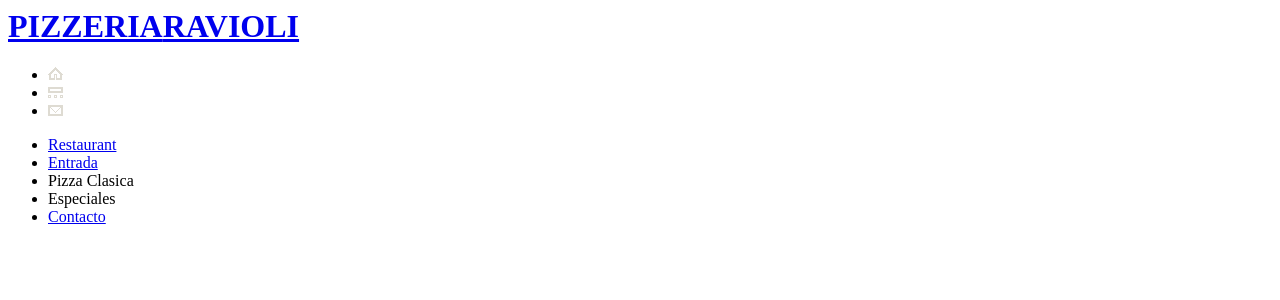
Repository: ProSoft-PDSI/sdsddo
Page: http://localhost/sdsr/Cabecera.jsp
The author's editor kept a copy of each file at every save. The page is drawn from the files as they stood at one save, then again after the next save.
The browser window is 1280 px wide. The pictures show the whole page.
The page is served by Tomcat 9.

Above is the page before, as saved 2014-07-18 06:20:40.
Console error: ReferenceError: $ is not defined

After the next save:
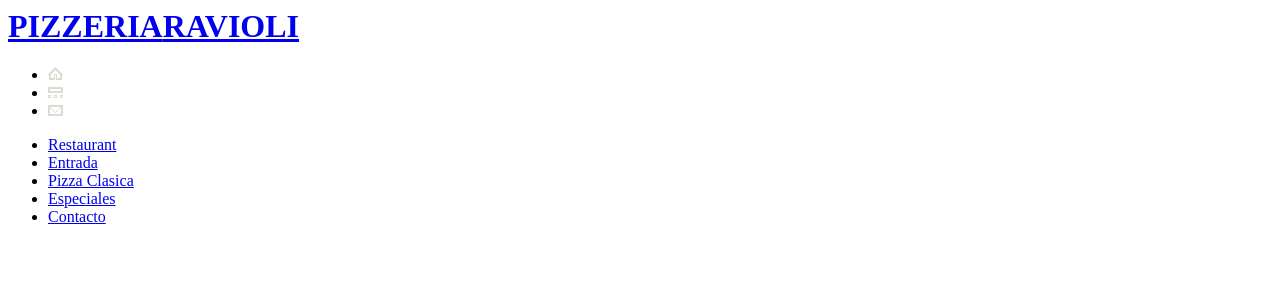
Saved 30 s later.
--- a/Web/sdsr/WebContent/Cabecera.jsp
+++ b/Web/sdsr/WebContent/Cabecera.jsp
@@ -24,8 +24,8 @@
 					<ul id="menu">
 							<li><a href="home.jsp"  target="frame">Restaurant</a></li>
 							<li><a href="Entrada.jsp" target="frame">Entrada</a></li>
-							<li><a>Pizza Clasica</a></li>
-							<li><a>Especiales</a></li>
+							<li><a href="Clasica.jsp" target="frame">Pizza Clasica</a></li>
+							<li><a href="Especiales.jsp" target="frame">Especiales</a></li>
 							<li><a href="Contacto.html"  target="frame">Contacto</a></li>
 						</ul>
 				</nav>
